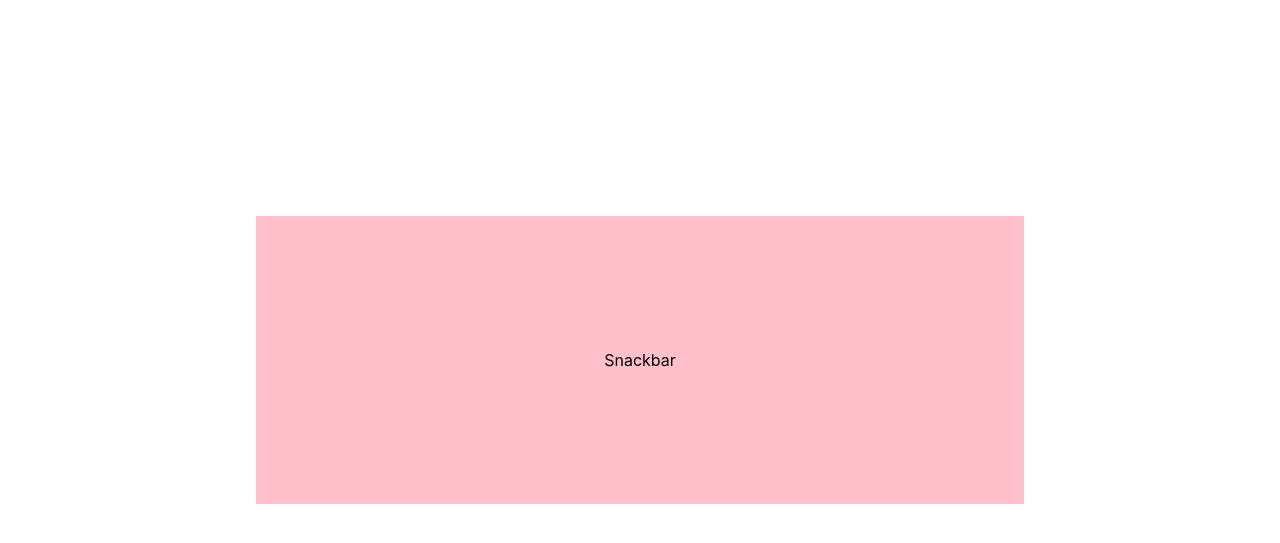
Repository: KrzysKolo/sr_tydzien5_zad2
Page: /
The author's editor kept a copy of each file at every save. The page is drawn from the files as they stood at one save, then again after the next save.
The browser window is 1280 px wide. The pictures show the whole page.
The project was rebuilt for these pictures with package versions that can differ from the ones it lists, and the page was loaded fresh each time.

Above is the page before, as saved 2020-12-21 15:53:53.

After the next save:
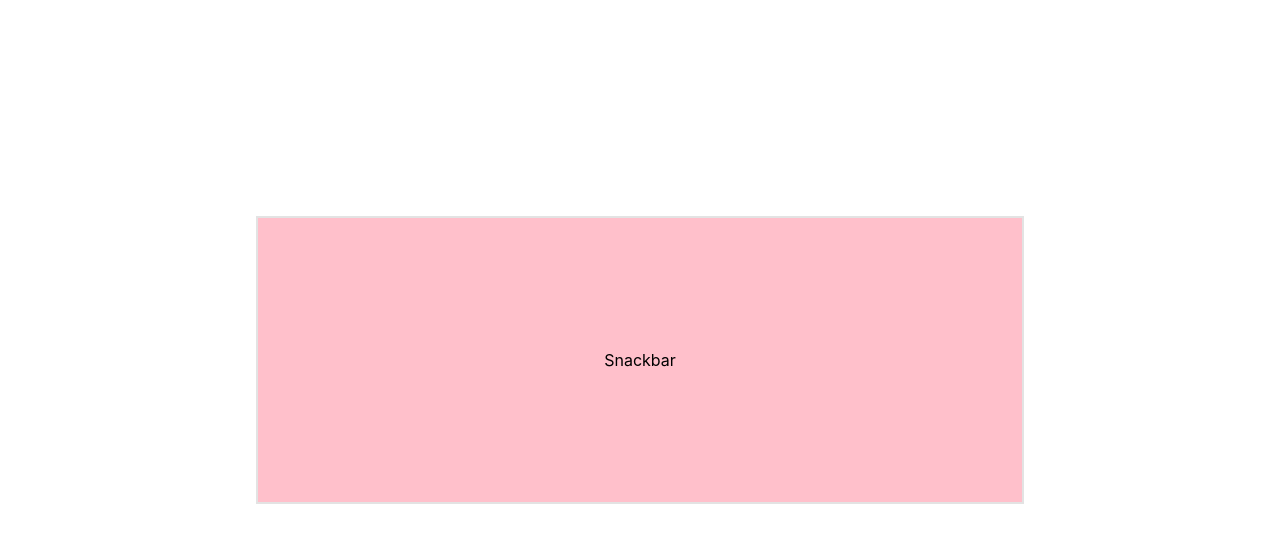
Saved 24 s later.
--- a/src/App.css
+++ b/src/App.css
@@ -12,6 +12,7 @@ body {
   align-items: center;
 }
 .wrapper--btn {
+  border: 2px solid #e3e3e3;
   width: 60vw;
   height: 40vh;
   display: flex;
